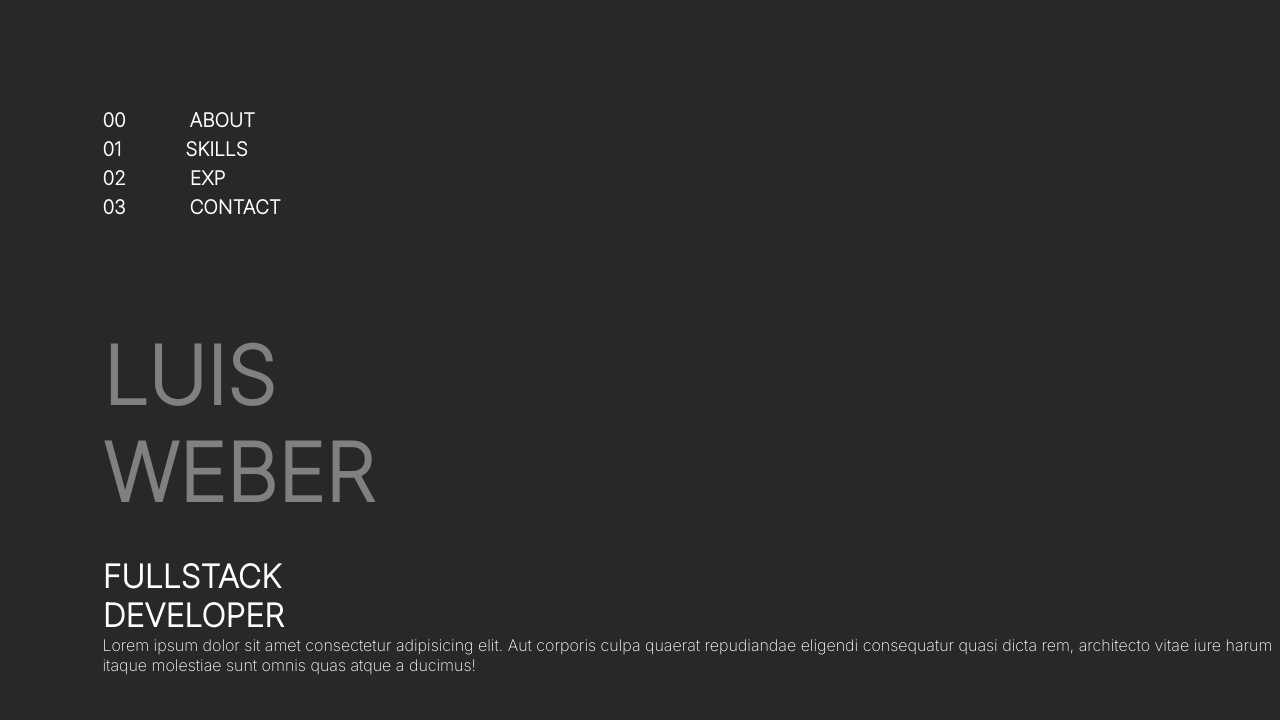
Repository: luiswh1/Portfolio
Page: /
The author's editor kept a copy of each file at every save. The page is drawn from the files as they stood at one save, then again after the next save.
The browser window is 1280 px wide. The pictures show the whole page.
The project was rebuilt for these pictures with package versions that can differ from the ones it lists, and the page was loaded fresh each time.

Above is the page before, as saved 2023-05-25 20:08:23.

After the next save:
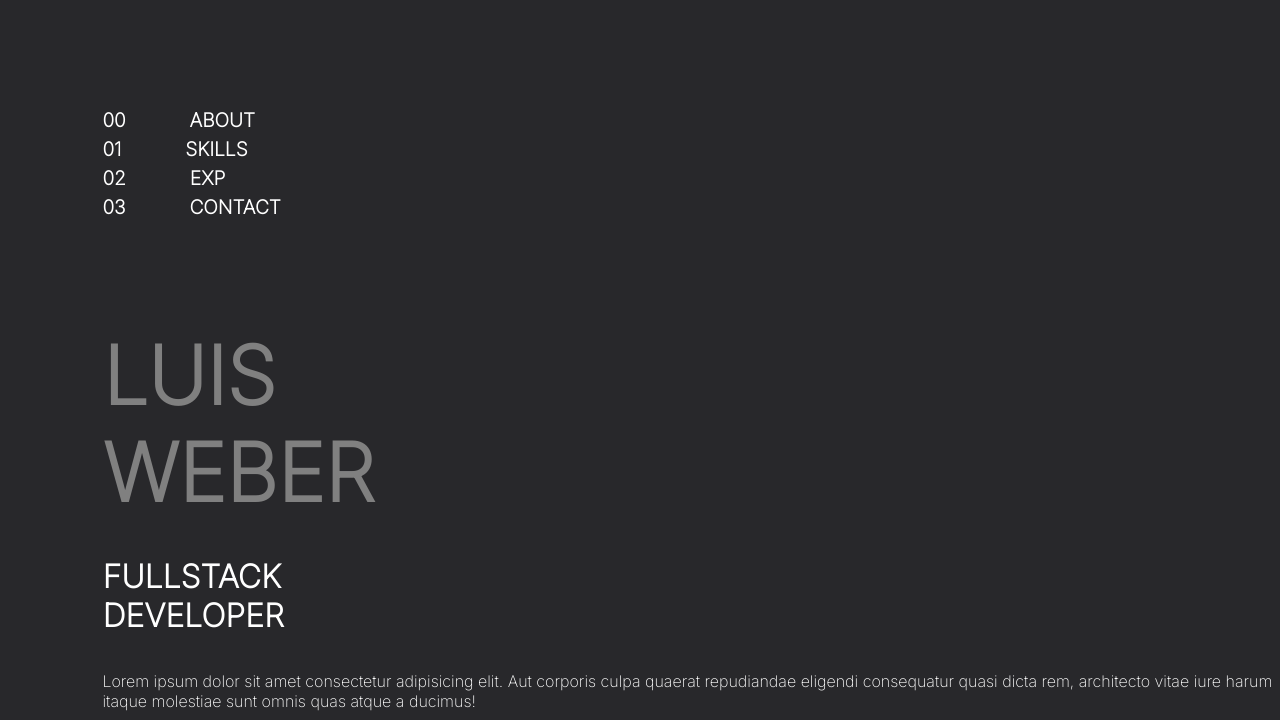
Saved 20 s later.
--- a/src/Pages/Home.tsx
+++ b/src/Pages/Home.tsx
@@ -5,6 +5,7 @@ import {
   StyledName,
   InnerContainer,
   Profession,
+  About,
 } from "./HomeStyles";
 import IndexList from "../Components/IndexList/IndexList";
 
@@ -26,12 +27,12 @@ const Home = () => {
           DEVELOPER
         </Profession>
 
-        <p>
+        <About>
           Lorem ipsum dolor sit amet consectetur adipisicing elit. Aut corporis
           culpa quaerat repudiandae eligendi consequatur quasi dicta rem,
           architecto vitae iure harum itaque molestiae sunt omnis quas atque a
           ducimus!
-        </p>
+        </About>
       </InnerContainer>
     </Container>
   );
